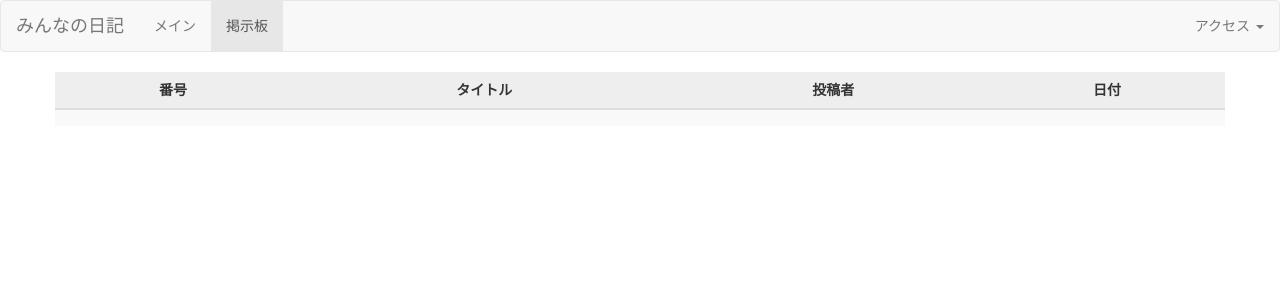
Repository: dengpu/JSP
Page: http://localhost/BBS/bbs.jsp
The author's editor kept a copy of each file at every save. The page is drawn from the files as they stood at one save, then again after the next save.
The browser window is 1280 px wide. The pictures show the whole page.
Some web libraries are served in a nearby version. The page is served by Tomcat 9.

Above is the page before, as saved 2017-05-15 07:57:09.

After the next save:
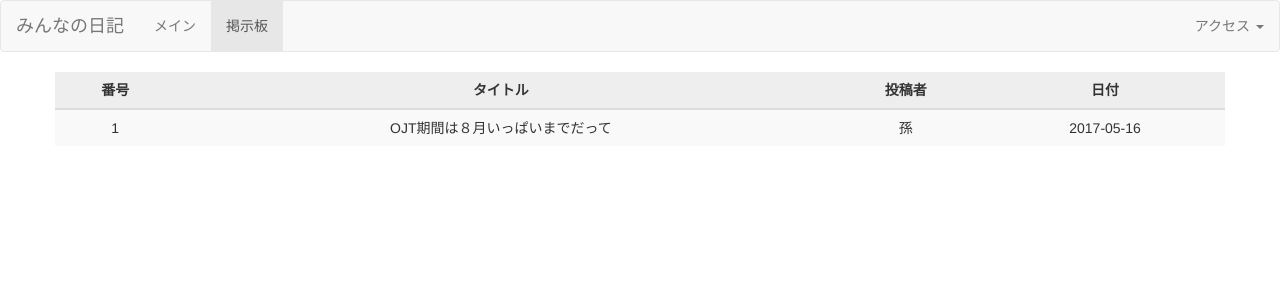
Saved 52 s later.
--- a/BBS/WebContent/bbs.jsp
+++ b/BBS/WebContent/bbs.jsp
@@ -86,10 +86,10 @@
 
 				<tbody>
 					<tr>
-						<td></td>
-						<td></td>
-						<td></td>
-						<td></td>
+						<td>1</td>
+						<td>OJT期間は８月いっぱいまでだって</td>
+						<td>孫</td>
+						<td>2017-05-16</td>
 					</tr>
 				</tbody>
 
